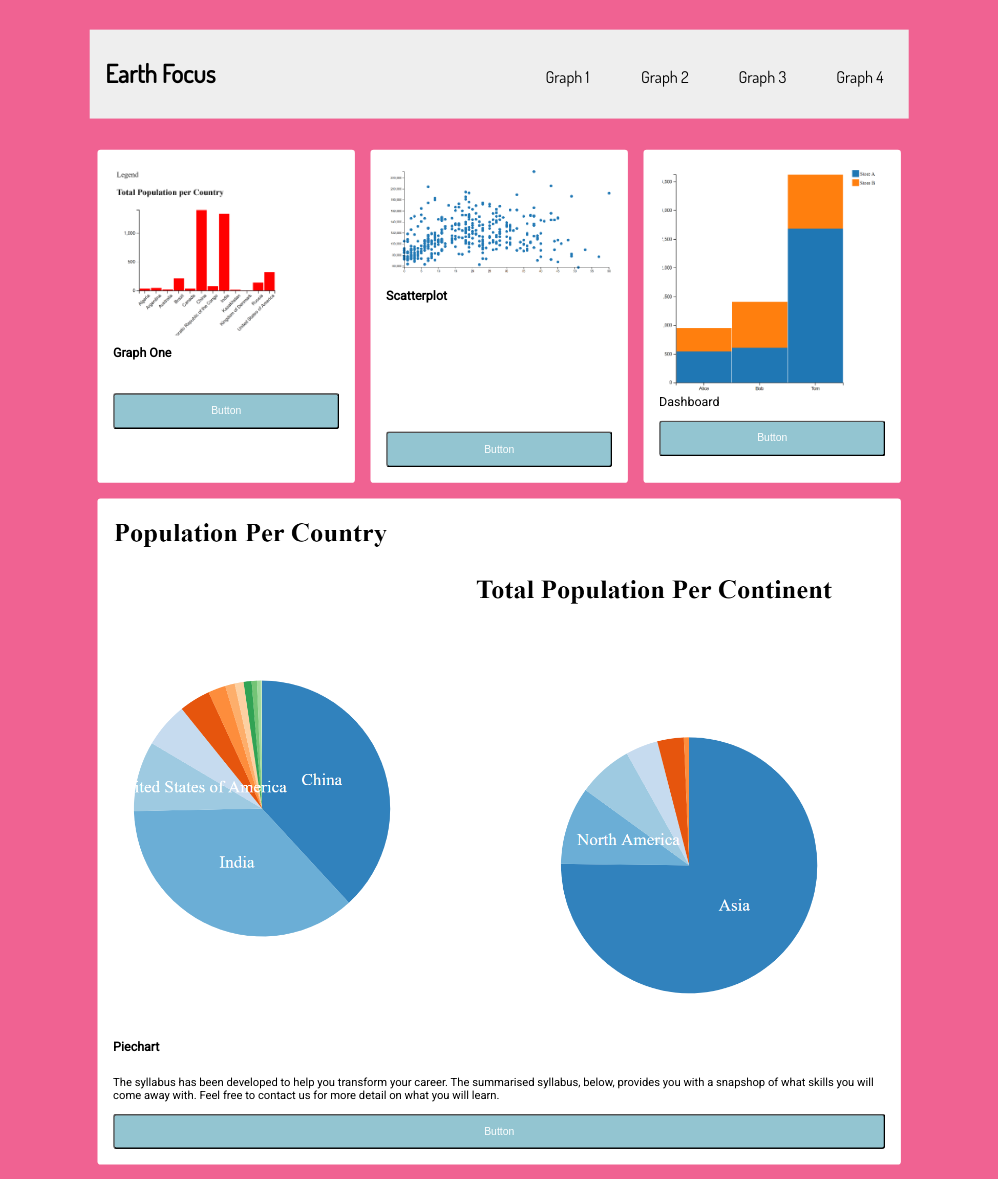
Repository: Code-Institute-Submissions/SOliv1-milestone2_NovResub
Page: index.html
The author's editor kept a record of every edit. The page is drawn from the files as they stood at one moment, then again after the next edit.
The browser window is 1280 px wide. The pictures show the whole page, at 78% of full size.
Some web libraries are served in a nearby version.

Above is the page before.

### index.html
<!DOCTYPE html>
<html lang="en">
<head>
    <meta charset="UTF-8">
    <meta http-equiv="X-UA-Compatible" content="ie=edge">
    <meta name="viewport" content="width=device-width, initial-scale=1">
    <title>Earth Focus</title>
    <link href="css/style.css" rel="stylesheet">
    <link href='https://fonts.googleapis.com/css?family=Roboto' rel='stylesheet' type='text/css'>
    <link href='https://fonts.googleapis.com/css?family=Dosis' rel='stylesheet' type='text/css'>
    </head>
<body>
    <div id="container">
        <nav>
            <ul>
                <li id="logoNav">Earth Focus</>
                <li id= href="#graph1_btn">Graph 1</li>
                <li id= href="#graph2_btn">Graph 2</li>
                <li id= href="#graph3_btn">Graph 3</li>
                <li id= href="#graph4_btn">Graph 4</li>
            </ul>
        </nav>
        <div class="card graph1">
            <img class="card_image" src="img/1.png" alt=" icon"graph>
            <div class="card_bottom">
                <h2 class="card_head">Graph One</h2>
                <p class="card_para"> </p>
                <button class="bottom_button" id="button_effects1 href="index.html>Button</button>
            </div>
        </div>
        <div class="card graph2_btn">
            <img class="card_image" src="img/2.png" alt="scatterplot icon">
                <h2 class="card_head">Scatterplot</h2>
                <p class="card_para"></p>
            <button id="button_effects2" class="bottom_button" href="index1.html">Button</button>
            </div>
        <div class="card graph3">
            <img class="card_image" src="img/3.png" alt="graph icon"
            <h2 class="card_head">Dashboard</h2>
            <p class="card_para"</p>
            <button id="button_effects3" class="bottom_button" href="index2.html">Button</button>
        </div>
        <div class="card graph4">
         <img class="card_image" src="img/4.png" alt="pie graph">
            <h2 class="card_head">Piechart</h2>
            <p class="card_para">The syllabus has been developed to help you transform your career. The summarised syllabus, below, provides you with a snapshop of what skills you will come away with. Feel free to contact us for more detail on what you will learn.</p>
             <button id="button_effects4" class="bottom_button" http="index3.html">Button</button>
        </div>
    <script src="https://code.jquery.com/jquery-3.2.1.js" integrity="sha256-DZAnKJ/6XZ9si04Hgrsxu/8s717jcIzLy3oi35EouyE=" crossorigin="anonymous"></script>
    <script src="js/script.js"></script>
    <!-- Scripts located at the bottom of the body to insure page is fully loaded before execution -->
</body>
</html>

### css/style.css



body {
	font-family: 'Roboto', sans-serif;
	/*background-image: url(img/earth.png);*/
 	background-size: cover;
 	/*color: #ffffff;*/
 	background-color: #f06292;

}

h1{
	font-size: 3em;
	text-align: center;
}

h2 {
	font-size: 1em;
	text-align: left;

}



p {
	font-size: .9rem;
}



div {
	border-radius: 4px;
}

.card_image {
	width: 100%;

}

.bottom_button {
	display: flex;
	box-sizing:border-box;
	border-radius: 4px;
	display: block;
	width: 100%;
	background-color:rgba(129, 187, 201,.85);
	text-align: center;
	padding: 1em .75em;
	text-decoration: none;
	color: #fff;

}

.card_bottom {
	display: flex;
	flex-flow:column;
}

.card_head {
	flex:0;
}



.card_para {

	flex:1 0 auto;

}

#container {
	display: flex;		/* makes container a flexbox*/
	flex-flow: row wrap; 	/* layout the boxes in rows and wrap them*/
	box-sizing:border-box;
	margin-right:auto;
	margin-left:auto;
	max-width:1050px;
}

#logo {
	width: 800px;
	margin: auto;
}



.card {

	flex:1; /* */

	display: flex;	/* make the contents controllable by flexbox*/
	flex-flow:column;
	min-width: 240px;
	margin: 10px;
	padding: 20px;
	background-color: #fff;
}

.highlight_stream {
	background-color: #8c5845;
}

#my_footer {
	width:100%;
	text-align: center;
}



#copyright {
	margin-top:10px;
	margin-bottom:10px;

}

/*************************
Navigation
**************************/

nav {

	font-family: roboto;
	background-color: #eee;
	margin: 30px auto;
	width: 100%;
}

ul {

	display: flex;

	justify-content:space-between;

	flex-flow: row;

	/*flex-flow: row-reverse;*/
	/*justify-content:flex-end;*/
	/*justify-content:space-around;*/
	/*align-items:flex-start;*/
	align-items:baseline;
	border-radius: 10px;
	list-style-type: none; /*Remove Bullets*/
	padding: 0;

}

li {
	flex:1;
	height: 30px;
	/*width:10%;*/
	/*border:2px solid #000;*/
	/*background-color: #81BBC9;*/
	/*border-radius: 10px;*/
	font-family: Dosis;
	padding:20px 20px 20px 20px;
	text-align: center;
	font-size: 1.3em;
}

#logoNav {
	flex:6;
	text-align: left;
	font-size: 2em;
	font-weight: bold;
}

.underline {
    text-decoration:underline;

}



.border {

    border: solid 5px #ccc;

}

@media screen and (max-width: 700px) {
	ul {
		flex-flow: column;
		align-items:center;
    }
	li {
		font-size: 2em;
	}

}

### js/script.js

// Use the fadeTo effect when the mouse hovers over a specific button
    // and fadeTo again when the mouse is no longer hovering over the button

    $("#button_effects1").mouseenter(function(){
        $('#button_effects1').fadeTo(1000, 0.5);
    });
    $("#button_effects1").mouseleave(function(){
        $('#button_effects1').fadeTo(1000, 1);
    });
    $("#button_effects2").mouseenter(function(){
        $('#button_effects2').fadeTo(1000, 0.5);
    });
    $("#button_effects2").mouseleave(function(){
        $('#button_effects2').fadeTo(1000, 1);
    });
    $("#button_effects3").mouseenter(function(){
        $('#button_effects3').fadeTo(1000, 0.5);
    });
    $("#button_effects3").mouseleave(function(){
        $('#button_effects3').fadeTo(1000, 1);
    });
    $("#button_effects4").mouseenter(function(){
        $('#button_effects4').fadeTo(1000, 0.5);
    });
    $("#button_effects4").mouseleave(function(){
        $('#button_effects4').fadeTo(1000, 1);
    });
    $("#button_effects4").mouseleave(function(){
        $('#button_effects5').fadeTo(1000, 1);
    });

    //waits until page is loaded first

    $(document).ready(function(){
    //applies colour red to paragraphs when clicked on
    $("p").click(function(){
        $("p").addClass("card_par2 highlight_text");
    });


    // Toggle the visibility of the paragraph when a button is clicked

	$("button").click(function(){
		$(this).prev().slideToggle('slow');

	});

	// Open the paragraph once the image is clicked

	$("img").click(function() {
		$(this).next().children("p").slideDown();

	});


	$(".card").click(function() {
		$(this).toggleClass("highlight");

	});

	// All cards that are not currently selected will be hidden when `select_btn` is clicked

	$("#select_btn").click(function() {

		$(".card:not(.highlight)").hide();

	});

// Select all cards

	$("#all_btn").click(function(){

		$(".card").show();

	});

});

After the next edit:
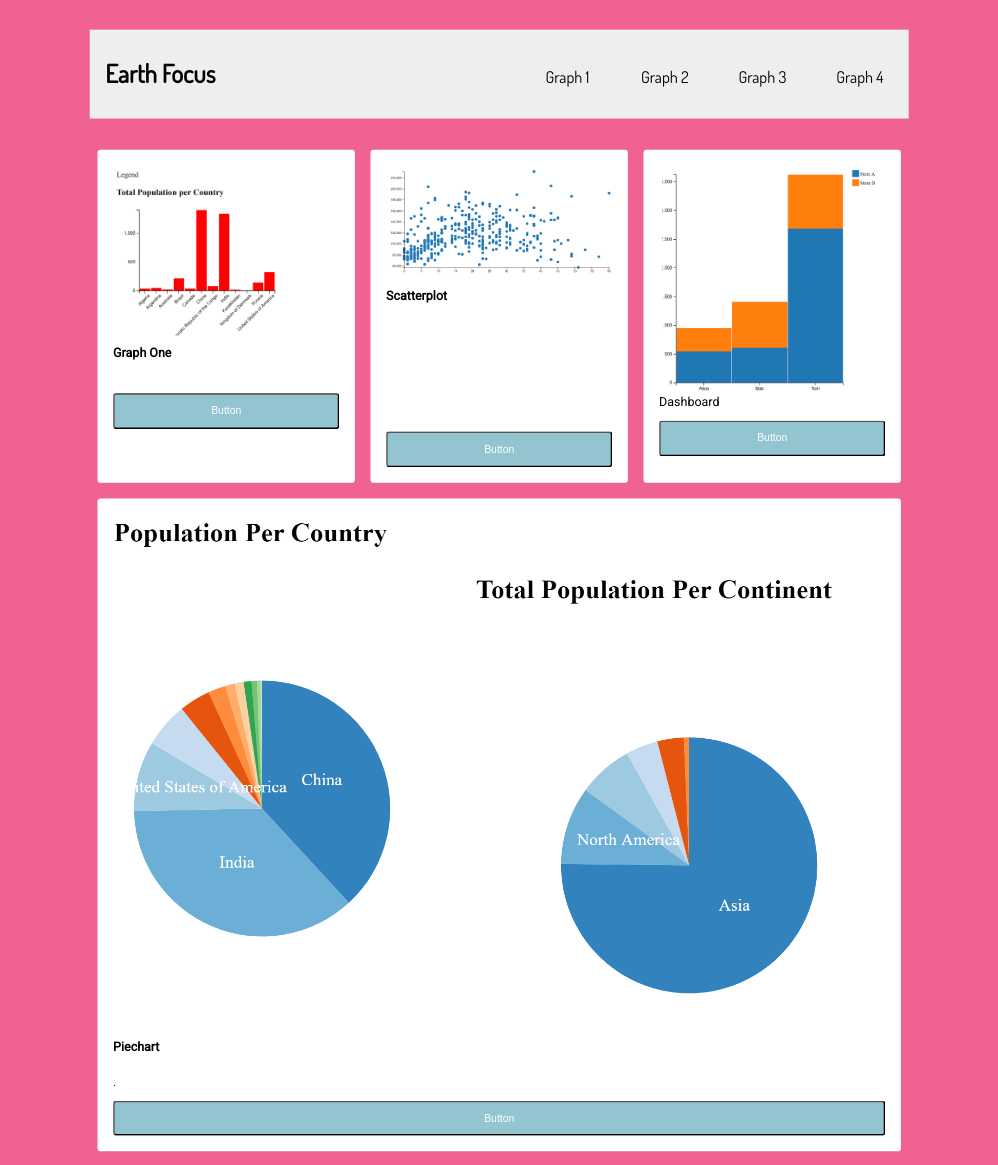
The edit:
--- a/index.html
+++ b/index.html
@@ -43,7 +43,7 @@
         <div class="card graph4">
          <img class="card_image" src="img/4.png" alt="pie graph">
             <h2 class="card_head">Piechart</h2>
-            <p class="card_para">The syllabus has been developed to help you transform your career. The summarised syllabus, below, provides you with a snapshop of what skills you will come away with. Feel free to contact us for more detail on what you will learn.</p>
+            <p class="card_para">.</p>
              <button id="button_effects4" class="bottom_button" http="index3.html">Button</button>
         </div>
     <script src="https://code.jquery.com/jquery-3.2.1.js" integrity="sha256-DZAnKJ/6XZ9si04Hgrsxu/8s717jcIzLy3oi35EouyE=" crossorigin="anonymous"></script>
